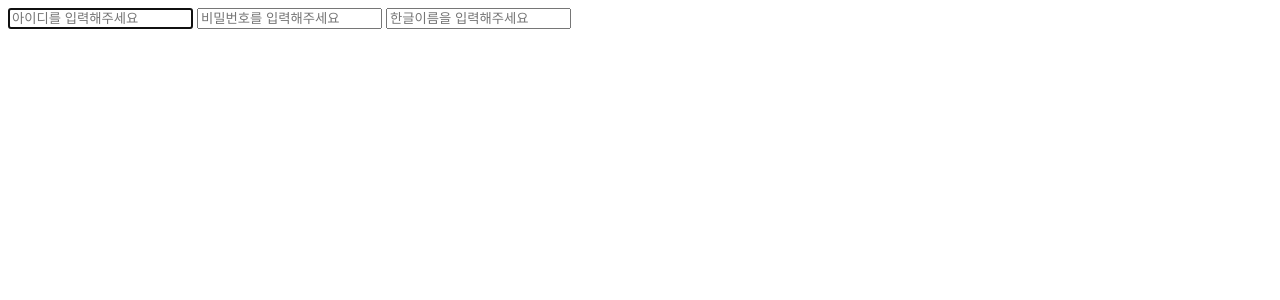
Repository: AHJ2616/Java
Page: http://localhost/board-jsp/06Session/Register_form.jsp
These files come from the project's save history. The page is drawn as it stood at one moment and after the next save; the edit follows.
The browser window is 1280 px wide. The pictures show the whole page.
The page is served by Tomcat 9. Other server files are loaded and not shown.

Above is the page before, as saved 2024-07-26 04:55:19.

### jsp_workspace/board-jsp/src/main/webapp/06Session/Register_form.jsp
<%@ page language="java" contentType="text/html; charset=UTF-8"
    pageEncoding="UTF-8"%>
<!DOCTYPE html>
<html>
<head>
<meta charset="UTF-8">
<title>회원가입 작성</title>
</head>
<body>
<form id="register_form" action="Register.jsp" method="post">
<input type= "text" name= "id" autofocus="autofocus" required="required" placeholder="아이디를 입력해주세요"/>
<input type= "password" name= "pw" required="required" placeholder="비밀번호를 입력해주세요"/>
<input type= "text" name= "name" placeholder="한글이름을 입력해주세요"/>
</form>
</body>
</html>

After the next save:
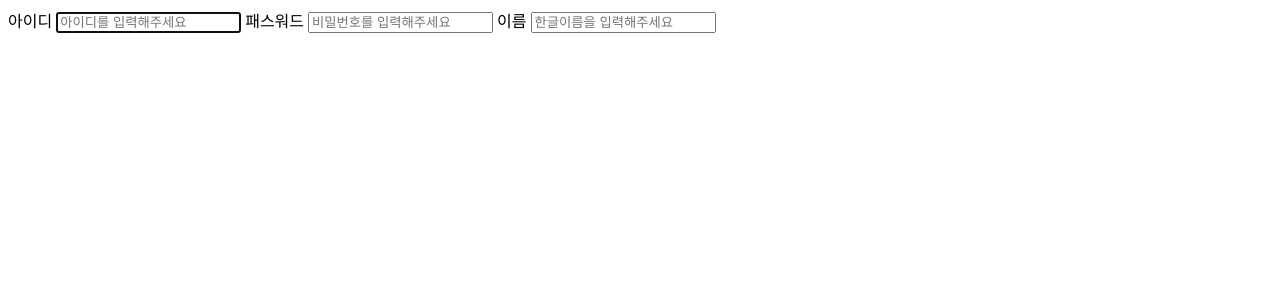
Saved 4 min 16 s later.
--- a/jsp_workspace/board-jsp/src/main/webapp/06Session/Register_form.jsp
+++ b/jsp_workspace/board-jsp/src/main/webapp/06Session/Register_form.jsp
@@ -8,9 +8,12 @@
 </head>
 <body>
 <form id="register_form" action="Register.jsp" method="post">
-<input type= "text" name= "id" autofocus="autofocus" required="required" placeholder="아이디를 입력해주세요"/>
-<input type= "password" name= "pw" required="required" placeholder="비밀번호를 입력해주세요"/>
-<input type= "text" name= "name" placeholder="한글이름을 입력해주세요"/>
+<label for= "id">아이디</label>
+<input type= "text" name= "id" id="id" autofocus="autofocus" required="required" placeholder="아이디를 입력해주세요"/>
+<label for= "pw">패스워드</label>
+<input type= "password" name= "pw" id="pw" required="required" placeholder="비밀번호를 입력해주세요"/>
+<label for= "name">이름</label>
+<input type= "text" name= "name" id="name" placeholder="한글이름을 입력해주세요"/>
 </form>
 </body>
 </html>
